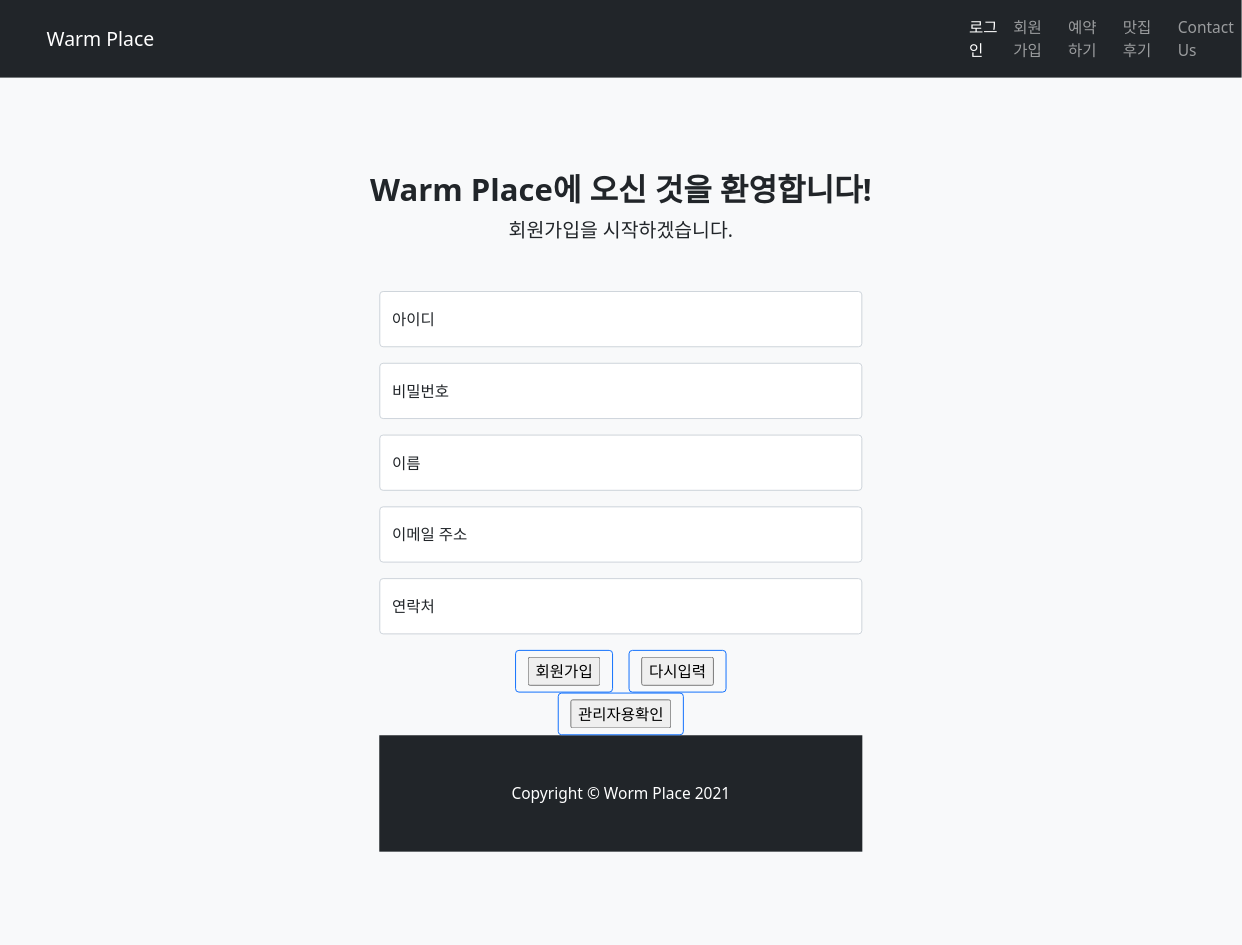
Repository: jaunnnngs/HackaTone
Page: http://localhost/StunProjects/St_Join/st_userJoin.jsp
These files come from the project's save history. The page is drawn as it stood at one moment and after the next save; the edit follows.
The browser window is 1280 px wide. The pictures show the whole page, at 97% of full size.
Some web libraries are served in a nearby version. The page is served by Tomcat 9. Other server files are loaded and not shown.

Above is the page before, as saved 2021-07-25 04:20:04.

### STUN_TEAM/StunProjects/src/main/webapp/St_Join/st_userJoin.jsp
<%@ page language="java" contentType="text/html; charset=UTF-8" pageEncoding="UTF-8"%>

<!DOCTYPE html>
<html>
    <head>
        <meta charset="utf-8" />
        <meta name="keywords" content="HTML,CSS,XML,JavaScript">
        <meta name="viewport" content="width=device-width, initial-scale=1, shrink-to-fit=no" />
        <meta name="description" content="HTML Study" />
        <meta name="author" content="Bruce" />

        <title>WARM PLACE_회원가입</title>
        <!-- Favicon-->
        <link rel="icon" type="image/x-icon" href="assets/favicon.ico" />
        <!-- Bootstrap icons-->
        <link href="https://cdn.jsdelivr.net/npm/bootstrap-icons@1.4.1/font/bootstrap-icons.css" rel="stylesheet" />
        <!-- Core theme CSS (includes Bootstrap)-->
        <link href="css/styles.css" rel="stylesheet" />
    </head>

    <body>
    <form action="./st_userJoinAction.jsp"method="post">
        <!-- Responsive navbar-->
        <nav class="navbar navbar-expand-lg navbar-dark bg-dark">
            <div class="container px-5">
                <a class="navbar-brand" href="../St_Join/main.jsp">Warm Place</a>
                </div>
                <button class="navbar-toggler" type="button" data-bs-toggle="collapse" data-bs-target="#navbarSupportedContent" aria-controls="navbarSupportedContent" aria-expanded="false" aria-label="Toggle navigation"><span class="navbar-toggler-icon"></span></button>
                <div class="collapse navbar-collapse" id="navbarSupportedContent">
                    <ul class="navbar-nav ms-auto mb-2 mb-lg-0">
                         <li class="nav-item"><a class="nav-link active" aria-current="page" href="../St_board/login.jsp">로그인</a></li>
                        <li class="nav-item"><a class="nav-link" href="../St_Join/test_st_userJoin2.jsp">회원가입</a></li>
                        <li class="nav-item"><a class="nav-link" href="../St_Reservation/map.jsp">예약하기</a></li>
                        <li class="nav-item"><a class="nav-link" href="../St_board/bbs.jsp">맛집후기</a></li>
                        <li class="nav-item"><a class="nav-link" href="#!">Contact Us</a></li>
                    </ul>

            </div>
        </nav>

        <!-- 회원가입 섹션-->
       <section class="bg-light py-5">
            <div class="container px-5 my-5 px-5">
                <div class="text-center mb-5">
                    <h2 class="fw-bolder">Warm Place에 오신 것을 환영합니다!</h2>
                    <p class="lead mb-0">회원가입을 시작하겠습니다.</p>
                </div>
                <div class="row gx-5 justify-content-center">
                    <div class="col-lg-6">
                        <!-- * * * * * * * * * * * * * * *-->
                        <!-- * * SB Forms Contact Form * *-->
                        <!-- * * * * * * * * * * * * * * *-->
                        <!-- This form is pre-integrated with SB Forms.-->
                        <!-- To make this form functional, sign up at-->
                        <!-- https://startbootstrap.com/solution/contact-forms-->
                        <!-- to get an API token!-->
                        <form id="contactForm" data-sb-form-api-token="API_TOKEN">
                            <!-- userID input-->
                            <div class="form-floating mb-3">
                                 <input class="form-control" name="userID" id="userID" type="text" placeholder="Enter your ID..." data-sb-validations="required" />
                                 <label for="userID">아이디</label>
                                <div class="invalid-feedback" data-sb-feedback="userID:required">A userID is required.</div>
                            </div>
                            <!-- userPassword address input-->
                            <div class="form-floating mb-3">
                                <input class="form-control" name="userPassword" id="userPassword" type="password" placeholder="Enter your password..." data-sb-validations="required,email" />
                                <label for="userPassword">비밀번호</label>
                                <div class="invalid-feedback" data-sb-feedback="password:required">A password is required.</div>
                                <div class="invalid-feedback" data-sb-feedback="password:password">Password is not valid.</div>
                            </div>
                            <!-- Name input-->
                            <div class="form-floating mb-3">
                                <input class="form-control" name="name" id="name" type="text" placeholder="Enter your name..." data-sb-validations="required" />
                                <label for="name">이름</label>
                                <div class="invalid-feedback" data-sb-feedback="name:required">A name is required.</div>
                            </div>
                            <!-- Email address input-->
                            <div class="form-floating mb-3">
                                <input class="form-control" name="email" id="email" type="email" placeholder="name@example.com" data-sb-validations="required,email" />
                                <label for="email">이메일 주소</label>
                                <div class="invalid-feedback" data-sb-feedback="email:required">An email is required.</div>
                                <div class="invalid-feedback" data-sb-feedback="email:email">Email is not valid.</div>
                            </div>
                            <!-- Phone number input-->
                            <div class="form-floating mb-3">
                                <input class="form-control" name="number" id="phonenumber" type="phonenumber" placeholder="(123) 456-7890" data-sb-validations="required" />
                                <label for="phonenumber">연락처</label>
                                <div class="invalid-feedback" data-sb-feedback="phonenumber:required">A phone number is required.</div>
                            </div>
                            </form>

                            <!-- Submit success message-->
                            <!---->
                            <!-- This is what your users will see when the form-->
                            <!-- has successfully submitted-->
                            <div class="d-none" id="submitSuccessMessage">
                                <div class="text-center mb-3">
                                    <div class="fw-bolder">Form submission successful!</div>
                                    To activate this form, sign up at
                                    <br />
                                    <a href="https://startbootstrap.com/solution/contact-forms">https://startbootstrap.com/solution/contact-forms</a>
                                </div>
                            </div>
                            <!-- Submit error message-->
                            <!---->
                            <!-- This is what your users will see when there is-->
                            <!-- an error submitting the form-->
                            <div class="d-none" id="submitErrorMessage"><div class="text-center text-danger mb-3">Error sending message!</div></div>
                            <div class="d-grid gap-3 d-sm-flex justify-content-sm-center">
							<a class="btn btn-outline-primary"><input type="submit" value="회원가입"></a>
							<a class="btn btn-outline-primary"><input type="reset" value="다시입력"></a></div>

		</form>




     <!-- 디비확인용 버튼 -->
     <form action="./UseStunDB.jsp" method="post">
     <div class="d-grid gap-3 d-sm-flex justify-content-sm-center">
     <a class="btn btn-outline-primary"><input type="submit" value="관리자용확인"></a></div>
	 </form>


    <!-- 하단화면r-->
        <footer class="py-5 bg-dark">
            <div class="container px-5"><p class="m-0 text-center text-white">Copyright &copy; Worm Place 2021</p></div>
        </footer>
        <!-- Bootstrap core JS-->
        <script src="https://cdn.jsdelivr.net/npm/bootstrap@5.0.2/dist/js/bootstrap.bundle.min.js"></script>
        <!-- Core theme JS-->
        <script src="js/scripts.js"></script>
        <!-- * * * * * * * * * * * * * * * * * * * * * * * * * * * * * * * * * * * * * * * *-->
        <!-- * *                               SB Forms JS                               * *-->
        <!-- * * Activate your form at https://startbootstrap.com/solution/contact-forms * *-->
        <!-- * * * * * * * * * * * * * * * * * * * * * * * * * * * * * * * * * * * * * * * *-->
        <script src="https://cdn.startbootstrap.com/sb-forms-latest.js"></script>
    </body>

### STUN_TEAM/StunProjects/src/main/webapp/St_Join/js/scripts.js
/*!
* Start Bootstrap - Business Frontpage v5.0.3 (https://startbootstrap.com/template/business-frontpage)
* Copyright 2013-2021 Start Bootstrap
* Licensed under MIT (https://github.com/StartBootstrap/startbootstrap-business-frontpage/blob/master/LICENSE)
*/
// This file is intentionally blank
// Use this file to add JavaScript to your project

Loaded but not shown: STUN_TEAM/StunProjects/src/main/webapp/St_Join/css/styles.css (library)

After the next save:
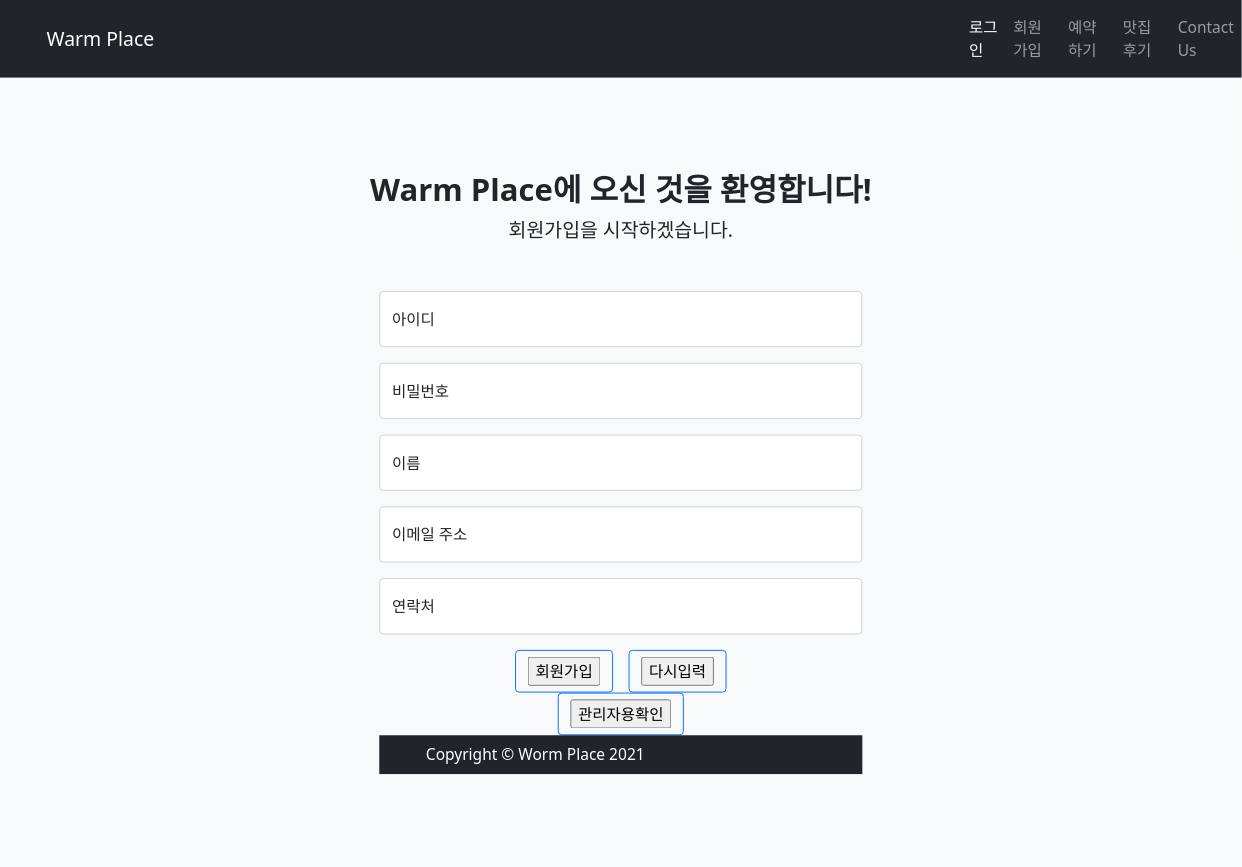
Saved 59 s later.
--- a/STUN_TEAM/StunProjects/src/main/webapp/St_Join/st_userJoin.jsp
+++ b/STUN_TEAM/StunProjects/src/main/webapp/St_Join/st_userJoin.jsp
@@ -123,7 +123,7 @@
 
 
     <!-- 하단화면r-->
-        <footer class="py-5 bg-dark">
+        <footer class="navbar navbar-expand-lg navbar-dark bg-dark">
             <div class="container px-5"><p class="m-0 text-center text-white">Copyright &copy; Worm Place 2021</p></div>
         </footer>
         <!-- Bootstrap core JS-->

After the save that followed:
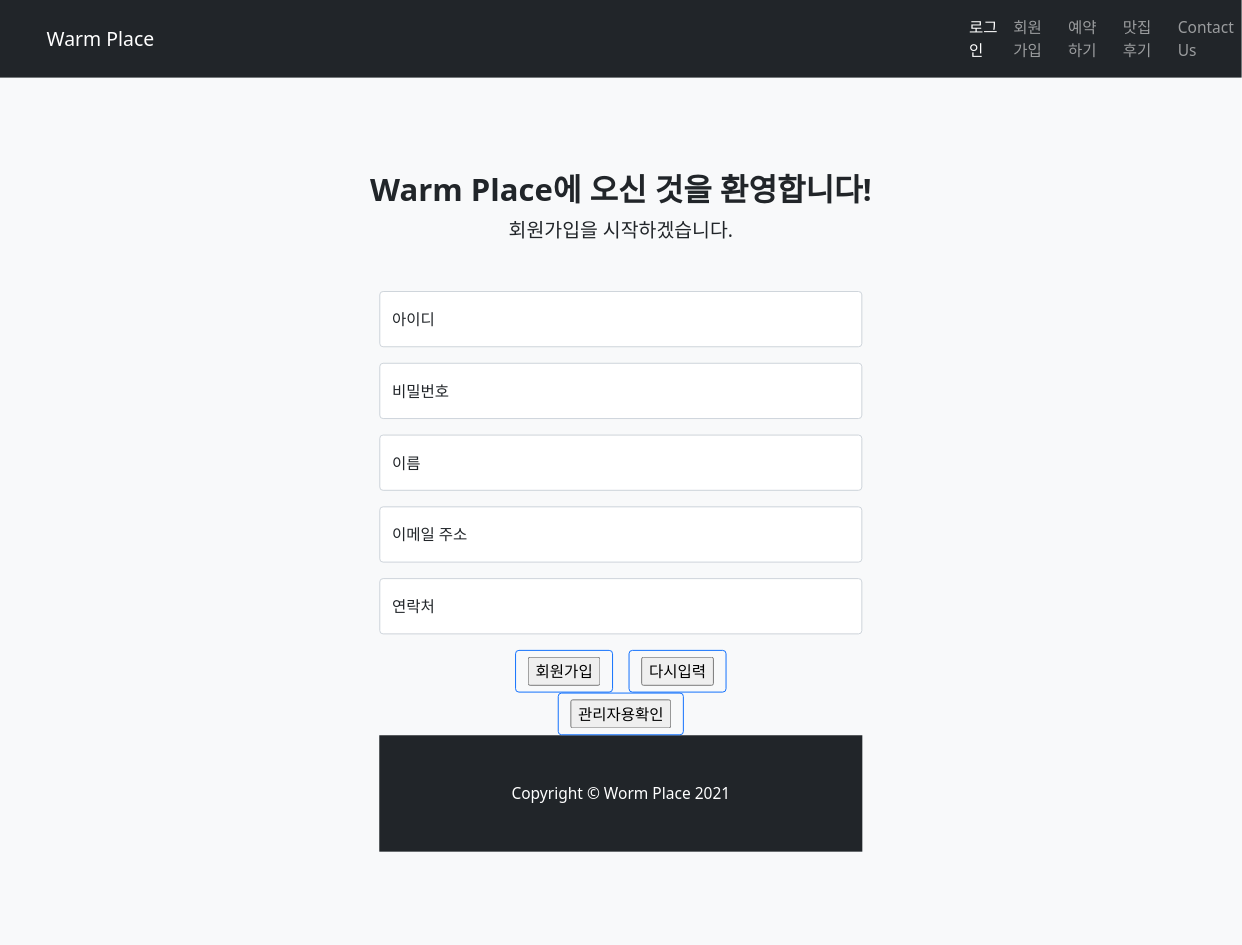
Saved 24 s later.
--- a/STUN_TEAM/StunProjects/src/main/webapp/St_Join/st_userJoin.jsp
+++ b/STUN_TEAM/StunProjects/src/main/webapp/St_Join/st_userJoin.jsp
@@ -123,7 +123,8 @@
 
 
     <!-- 하단화면r-->
-        <footer class="navbar navbar-expand-lg navbar-dark bg-dark">
+
+        <footer class="py-5 bg-dark">
             <div class="container px-5"><p class="m-0 text-center text-white">Copyright &copy; Worm Place 2021</p></div>
         </footer>
         <!-- Bootstrap core JS-->
